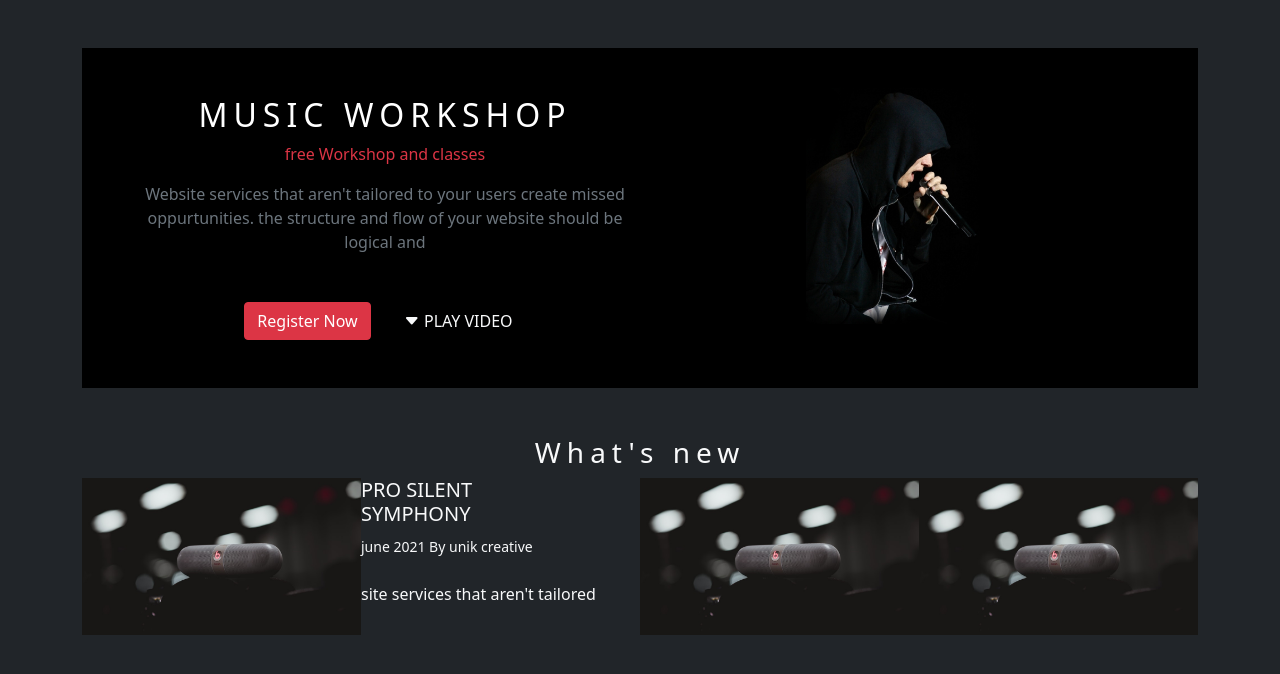
Repository: Eugene44-hub/music-workshop-site
Page: index.html
These files come from the project's save history. The page is drawn as it stood at one moment and after the next save; the edit follows.
The browser window is 1280 px wide. The pictures show the whole page.
Some web libraries are served in a nearby version.

Above is the page before, as saved 2021-10-22 16:58:32.

After the next save:
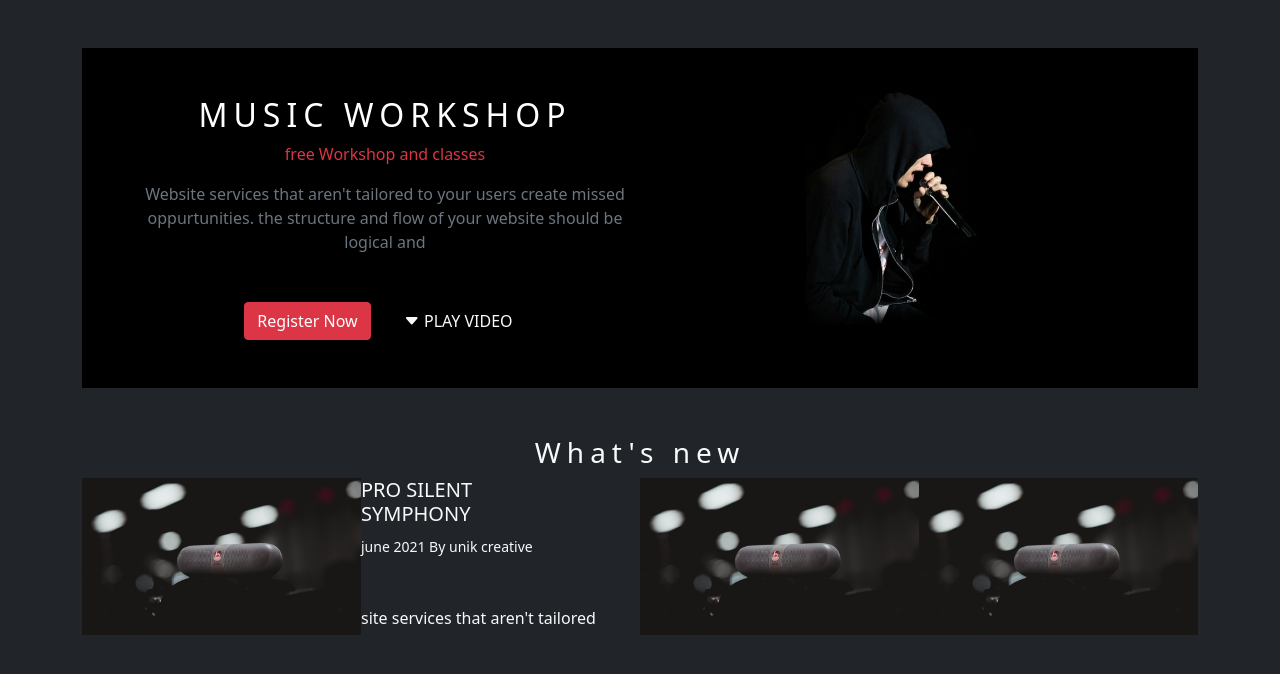
Saved 4 s later.
--- a/index.html
+++ b/index.html
@@ -47,7 +47,7 @@
                         PRO SILENT <br> SYMPHONY
                     </h4>
                     <small>june 2021 By unik creative</small>
-                    <p class="mt-4">site services that aren't tailored</p>
+                    <p class="mt-5">site services that aren't tailored</p>
                 </div>
                 <div class="col-md">
                     <img src="images/speaker.jpg" class="img-fluid" alt="">
